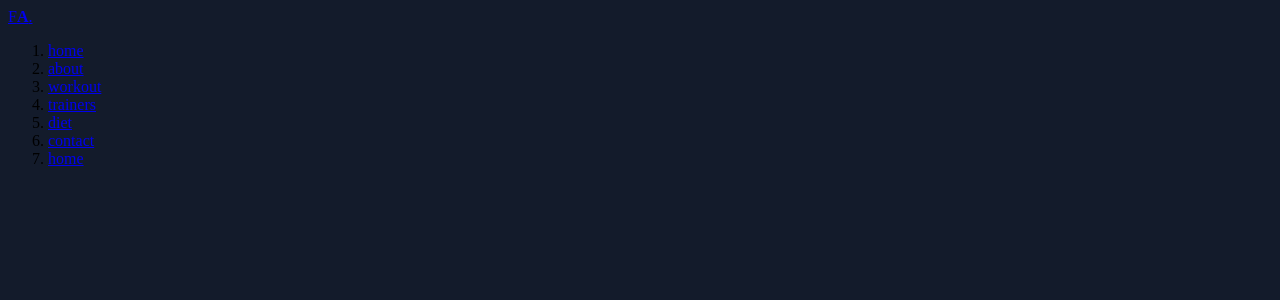
Repository: guilhermecardoso93/fitapex
Page: index.html
These files come from the project's save history. The page is drawn as it stood at one moment and after the next save; the edit follows.
The browser window is 1280 px wide. The pictures show the whole page.

Above is the page before, as saved 2023-03-05 20:33:04.

After the next save:
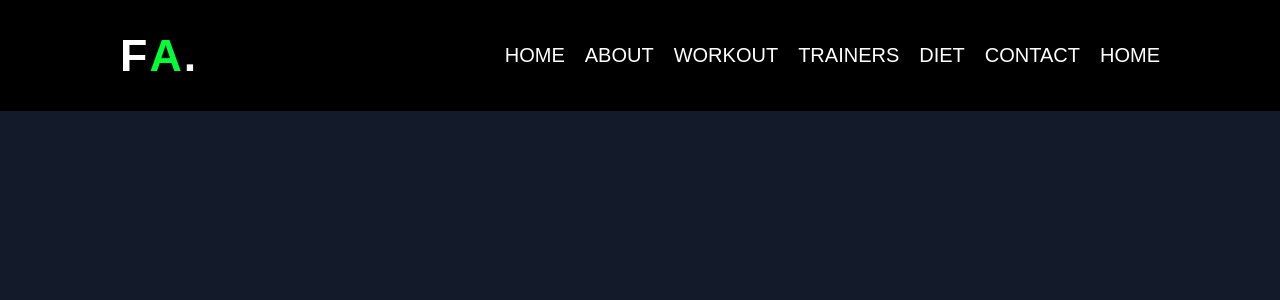
Saved 95 s later.
--- a/styles.css
+++ b/styles.css
@@ -1,5 +1,6 @@
 @import url("https://fonts.googleapis.com/css2?family=Poppins:wght@400;500&display=swap");
-@import'./css/_navbar.css'
+
+@import "./css/_navbar.css";
 
 * {
   margin: 0;
